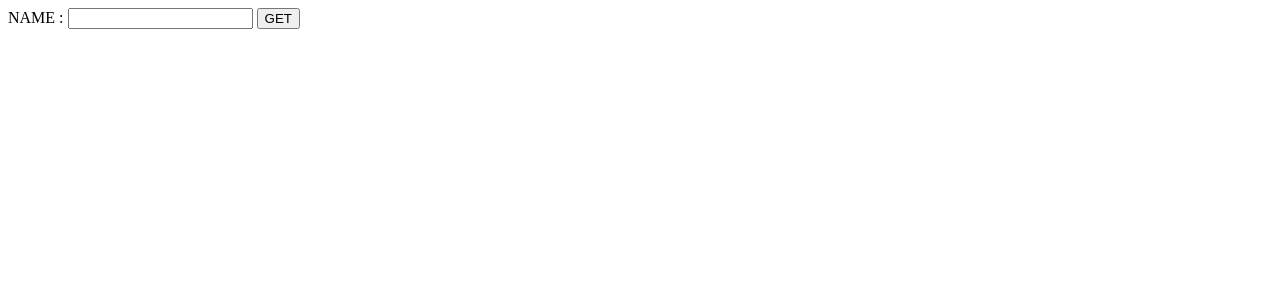
Repository: parvenuHJ/JSP_Servlet_
Page: Servlet/src/main/webapp/Ex04GetPost.html
An editor plug-in stored every save of this project. The page is shown before and after the next save, followed by the edit.
The browser window is 1280 px wide. The pictures show the whole page.

Above is the page before, as saved 2023-08-16 02:44:43.

### Servlet/src/main/webapp/Ex04GetPost.html
<!DOCTYPE html>
<html>
<head>
<meta charset="UTF-8">
<title>Insert title here</title>
</head>
<body>

	<!-- Get방식-->
	<!--1. url에 데이터를 담아서 전송
		2. 데이터 길이에 제한이 있음(url의 길이에 제한이있음)
		3. 보안에 취약함
		4. post 방식보다는 속도가 빠름
		5. method를 따로 지정하지 않으면 기본값으로 Get방식-->
	<form action="Ex04GetPost" method="get">
		NAME : <input type="text" name="name">
		<input type="submit" value="GET">
	</form>


</body>
</html>

After the next save:
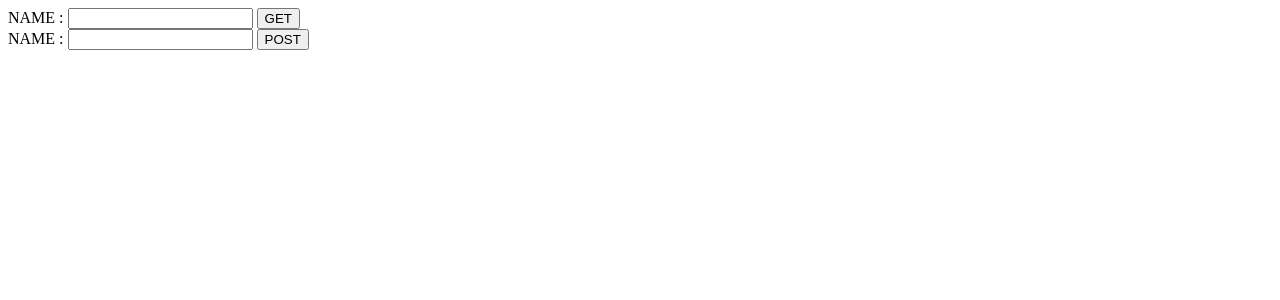
Saved 21 min 58 s later.
--- a/Servlet/src/main/webapp/Ex04GetPost.html
+++ b/Servlet/src/main/webapp/Ex04GetPost.html
@@ -18,5 +18,16 @@
 	</form>
 
 
+	<!-- Post 방식 -->
+	<!-- 1. 패킷의 body에 데이터를 담아서(숨겨서) 전송
+		 2. 데이터 길이에 제한이 없음
+		 3. get방식보다는 상대적으로 보안이 강함
+		 4. method 속성에 꼭 post를 명시해야줘야함-->
+	<form action="Ex04GetPost" method="post">
+		NAME : <input type="text" name="name">
+		<input type="submit" value="POST">
+	</form>
+
+
 </body>
 </html>
